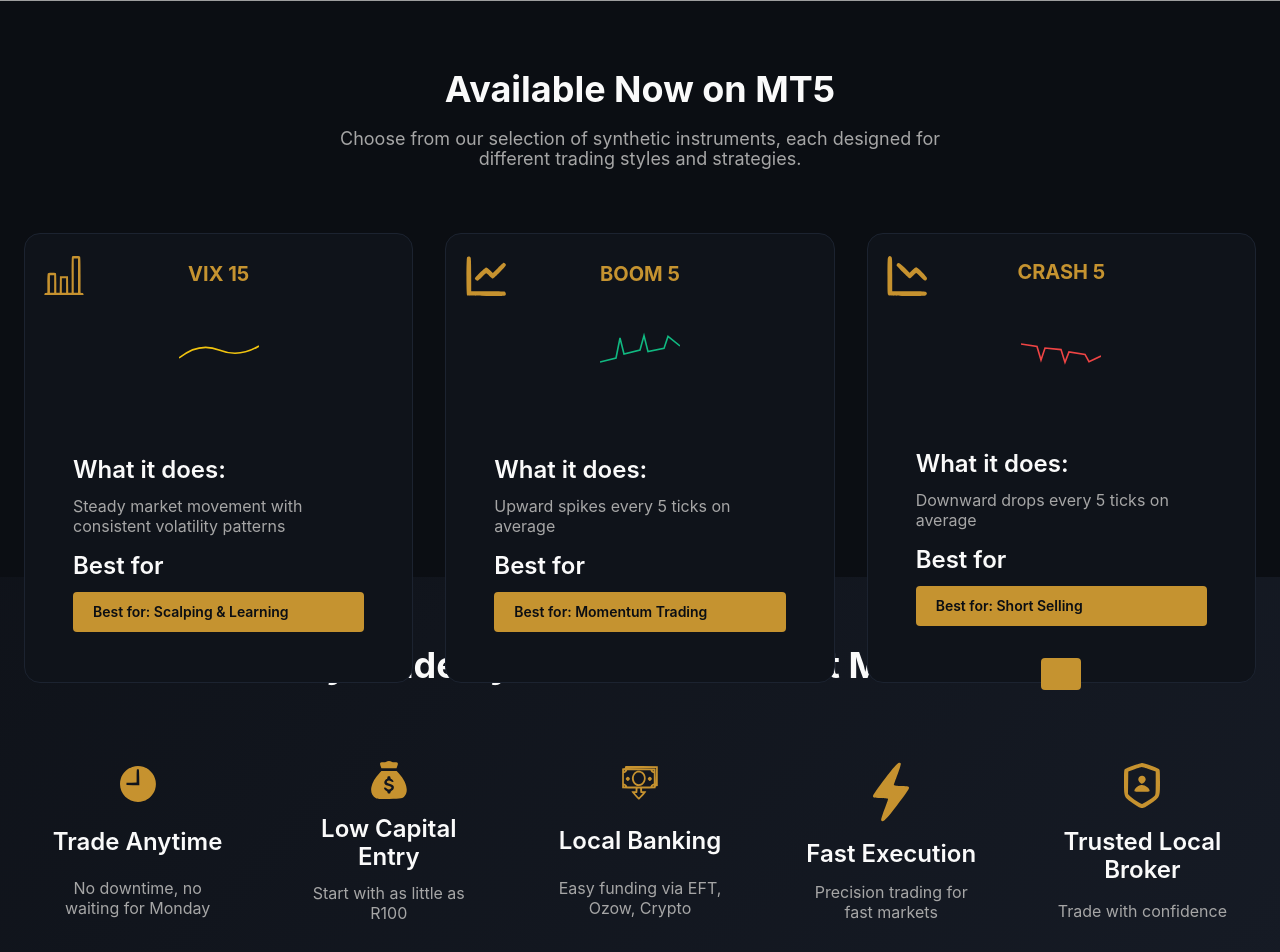
Repository: Jacques-Jaki-Morkel/VaultMarkets_Synthetics
Page: wp-copy/index.HTML
An editor plug-in stored every save of this project. The page is shown before and after the next save, followed by the edit.
The browser window is 1280 px wide. The pictures show the part of the page from y = 1265 to 2217 px (the page is 4689 px tall).
Pictures or frames that could not be fetched are drawn as grey boxes.

Above is the page before, as saved 2025-08-01 14:39:56.

### wp-copy/index.HTML
<!DOCTYPE html>
<html lang="en">

<head>
    <link rel="stylesheet" href="styles.css">
</head>

<body>
    <!-- Hero Section -->
    <section class="vm-hero-section">
        <div class="vm-container vm-con-row">
            <div class="vm-floating-icons">
                <div class="vm-floating-icon vm-boom">BOOM</div>
                <div class="vm-floating-icon vm-crash">CRASH</div>
                <div class="vm-floating-icon vm-vix">VIX</div>
            </div>

            <div class="vm-hero-content">
                <span class="span-gradinet">
                    <h1>Trade the Market That Never Sleeps</h1>
                </span>
                <p class="vm-hero-subtitle">Boom. Crash. VIX. 24/7 trading. No market closures. No news shocks.</p>

                <div class="vm-hero-buttons">
                    <button class="vm-btn vm-btn-primary">Start Trading Now</button>
                    <button class="vm-btn vm-btn-outline hide-this">Watch Demo</button>
                </div>

                <div class="vm-markets-badge"><span class="vm-market-badge-icon"></span>Markets Open 24/7</div>
            </div>
        </div>
    </section>

    <!-- Synthetics Intro -->
    <section class="vm-synthetics-intro">
        <div class="vm-container vm-con-col">
            <div class="vm-section-header">
                <h2>Markets Built for Traders, <span class="span-gradinet">by Traders</span> </h2>
                <p>Synthetic Indices are computer‑generated markets that move just like real markets — but they're not
                    tied to real‑world events. That means:</p>
            </div>

            <div class="vm-benefits-grid">
                <div class="vm-benefit-card">
                    <div class="vm-benefit-icon"><img class="icons-size" src="/assets/Icons/always-open.svg"></div>
                    <h3>Always Open</h3>
                    <p>Trade 24/7, even weekends & public holidays</p>
                </div>
                <div class="vm-benefit-card">
                    <div class="vm-benefit-icon"><img class="icons-size" src="/assets/Icons/constant-volatility.svg">
                    </div>
                    <h3>Consistent Action</h3>
                    <p>No sudden market shocks from the news</p>
                </div>
                <div class="vm-benefit-card">
                    <div class="vm-benefit-icon"><img class="icons-size" src="/assets/Icons/predictable-structure.svg">
                    </div>
                    <h3>Predictable Structure</h3>
                    <p>Easy to study & learn patterns</p>
                </div>
                <div class="vm-benefit-card">
                    <div class="vm-benefit-icon"><img class="icons-size" src="/assets/Icons/fast-execution.svg"></div>
                    <h3>Lightning Fast</h3>
                    <p>Instant execution and tight spreads</p>
                </div>
            </div>

            <p class="vm-vault-advantage">Trade them exactly like Forex or CFDs on MT5, with the Vault Markets
                advantage: low spreads, lightning‑fast execution, and trusted local support.

            </p>
        </div>
    </section>

    <!-- Instruments Showcase -->
    <section class="vm-instruments-showcase">
        <div class="vm-container">
            <div class="vm-section-header">
                <h2>Available Now on MT5</h2>
                <p>Choose from our selection of synthetic instruments, each designed for different trading styles and
                    strategies.</p>
            </div>

            <div class="vm-instruments-grid">
                <div class="vm-instrument-card">
                    <div class="vm-instrument-header">
                        <div class="vm-instrument-icon"><img src="/assets/Icons/vix.svg"></div>
                        <span class="vm-instrument-symbol">VIX 15</span>
                        <div class="vm-mini-chart">
                            <svg viewBox="0 0 100 40">
                                <path d="M0,30 Q25,10 50,20 T100,15" stroke="#f1c40f" fill="none" stroke-width="2" />
                            </svg>
                        </div>
                    </div>
                    <div class="vm-instrument-heading">
                        <h3 class="vm-instrument-title">What it does:</h3>
                        <p class="vm-instrument-description">Steady market movement with consistent volatility patterns
                        </p>
                        <h3 class="vm-instrument-title">Best for</h3>
                        <span class="vm-best-for">Best for: Scalping & Learning</span>
                    </div>
                </div>

                <div class="vm-instrument-card">
                    <div class="vm-instrument-icon"><img src="/assets/Icons/boom-5.svg"></div>
                    <div class="vm-instrument-header">
                        <span class="vm-instrument-symbol">BOOM 5</span>
                        <div class="vm-mini-chart">
                            <svg viewBox="0 0 100 40">
                                <path d="M0,35 L20,30 L25,5 L30,25 L50,20 L55,2 L60,22 L80,18 L85,3 L100,15"
                                    stroke="#10b981" fill="none" stroke-width="2" />
                            </svg>
                        </div>
                    </div>
                    <div class="vm-instrument-heading">
                        <h3 class="vm-instrument-title">What it does:</h3>
                        <p class="vm-instrument-description">Upward spikes every 5 ticks on average</p>
                        <h3 class="vm-instrument-title">Best for</h3>
                        <span class="vm-best-for">Best for: Momentum Trading</span>
                    </div>

                </div>

                <div class="vm-instrument-card">
                    <div class="vm-instrument-header">
                        <div class="vm-instrument-icon"><img src="/assets/Icons/crash-5.svg"></div>
                        <span class="vm-instrument-symbol">CRASH 5</span>
                        <div class="vm-mini-chart">
                            <svg viewBox="0 0 100 40">
                                <path d="M0,15 L20,18 L25,35 L30,20 L50,22 L55,38 L60,25 L80,28 L85,37 L100,30"
                                    stroke="#ef4444" fill="none" stroke-width="2" />
                            </svg>
                        </div>
                    </div>
                    <div class="vm-instrument-heading">
                        <h3 class="vm-instrument-title">What it does:</h3>
                        <p class="vm-instrument-description">Downward drops every 5 ticks on average</p>
                        <h3 class="vm-instrument-title">Best for</h3>
                        <span class="vm-best-for">Best for: Short Selling</span>
                    </div>
                    <p class="vm-instrument-description"></p>
                    <span class="vm-best-for"></span>
                </div>
            </div>
        </div>
    </section>

    <!-- Why Vault Section -->
    <section class="vm-why-vault">
        <div class="vm-container">
            <h2>Why Trade Synthetics with Vault Markets?</h2>

            <div class="vm-why-benefits-grid">
                <div class="vm-why-benefit">
                    <div class="vm-why-icon"><img class="icons-size" src="/assets/Icons/always-open.svg"></div>
                    <h3>Trade Anytime</h3>
                    <p>No downtime, no waiting for Monday</p>
                </div>
                <div class="vm-why-benefit">
                    <div class="vm-why-icon"><img class="icons-size" src="/assets/Icons/low-capital.svg"></div>
                    <h3>Low Capital Entry</h3>
                    <p>Start with as little as R100</p>
                </div>
                <div class="vm-why-benefit">
                    <div class="vm-why-icon"><img class="icons-size" src="/assets/Icons/deposits-withdrawals.svg"></div>
                    <h3>Local Banking</h3>
                    <p>Easy funding via EFT, Ozow, Crypto</p>
                </div>
                <div class="vm-why-benefit">
                    <div class="vm-why-icon"><img class="icons-size" src="/assets/Icons/fast-execution.svg"></div>
                    <h3>Fast Execution</h3>
                    <p>Precision trading for fast markets</p>
                </div>
                <div class="vm-why-benefit">
                    <div class="vm-why-icon"><img class="icons-size" src="/assets/Icons/Target.svg"></div>
                    <h3>Trusted Local Broker</h3>
                    <p>Trade with confidence</p>
                </div>
                <div class="vm-why-benefit">
                    <div class="vm-why-icon"><img class="icons-size" src="/assets/Icons/platform.svg"></div>
                    <h3>MT5 Platform</h3>
                    <p>Professional trading tools</p>
                </div>
            </div>

            <div class="vm-cta-box hide-this">
                <h3>Ready to join thousands of South African traders?</h3>
                <p>We understand the local market better than anyone.</p>
            </div>
        </div>
    </section>

    <!-- How to Start -->
    <section class="vm-how-to-start">
        <div class="vm-container">
            <div class="vm-section-header">
                <h2>How to Start Trading in 3 Steps</h2>
                <p>Get started with synthetic trading in minutes</p>
            </div>

            <div class="vm-steps-grid">
                <div class="vm-step">
                    <div class="vm-step-number">1</div>
                    <div class="vm-step-icon"><img class="icons-size" src="/assets/Icons/open-account.svg"></div>
                    <h3>Open Your Account</h3>
                    <p>Sign up for free in minutes with just your ID and email</p>
                    <span class="vm-step-action">Create Account</span>
                </div>

                <div class="vm-step">
                    <div class="vm-step-number">2</div>
                    <div class="vm-step-icon"><img class="icons-size" src="/assets/Icons/fund-wallet.svg"></div>
                    <h3>Fund Your Wallet</h3>
                    <p>Local deposits via EFT, Ozow, or crypto - instant in your account</p>
                    <span class="vm-step-action">Add Funds</span>
                </div>

                <div class="vm-step">
                    <div class="vm-step-number">3</div>
                    <div class="vm-step-icon"><img class="icons-size" src="/assets/Icons/start-trading.svg"></div>
                    <h3>Start Trading</h3>
                    <p>Choose VIX, Boom, or Crash and trade 24/7 on MT5</p>
                    <span class="vm-step-action">Begin Trading</span>
                </div>
            </div>

            <div class="vm-final-cta">
                <h3>Ready to Start Your Trading Journey?</h3>
                <p>Join thousands of traders who've made the switch to 24/7 synthetic markets.</p>
                <button class="vm-btn vm-btn-primary">Open Account Now</button>
            </div>
        </div>
    </section>

    <!-- Educational Section -->
    <section class="vm-educational hide-this">
        <div class="vm-container">
            <div class="vm-section-header">
                <h2>New to Synthetics? We've Got You Covered</h2>
                <p>Master synthetic trading with our comprehensive educational resources</p>
            </div>

            <div class="vm-education-highlight">
                <div class="vm-video-card">
                    <div class="vm-video-thumbnail">
                        <div class="vm-play-button">▶</div>
                    </div>
                    <h3>Complete Synthetics Trading Guide</h3>
                    <p>Learn the fundamentals of synthetic trading in this comprehensive video guide</p>
                    <div class="vm-video-meta">
                        <span class="vm-video-type">Video Guide</span>
                        <span class="vm-video-duration">15 min</span>
                    </div>
                </div>
            </div>

            <div class="vm-resources-grid">
                <div class="vm-resource-card">
                    <div class="vm-resource-icon">📚</div>
                    <h3>Strategy Guides</h3>
                    <p>Proven strategies for Boom, Crash, and VIX trading</p>
                    <div class="vm-resource-meta">
                        <span>PDF Guide</span>
                        <span>10 min read</span>
                    </div>
                </div>

                <div class="vm-resource-card">
                    <div class="vm-resource-icon">🎯</div>
                    <h3>Risk Management</h3>
                    <p>Essential risk management techniques for synthetic markets</p>
                    <div class="vm-resource-meta">
                        <span>Article</span>
                        <span>5 min read</span>
                    </div>
                </div>

                <div class="vm-resource-card">
                    <div class="vm-resource-icon">📈</div>
                    <h3>Advanced Techniques</h3>
                    <p>Advanced trading techniques and market analysis</p>
                    <div class="vm-resource-meta">
                        <span>Video Series</span>
                        <span>30 min</span>
                    </div>
                </div>
            </div>

            <div class="vm-education-cta">
                <h3>Access Our Free Trading Education Library</h3>
                <p>Everything you need to become a successful synthetic trader</p>
                <button class="vm-btn vm-btn-outline">Explore Resources</button>
            </div>
        </div>
    </section>

    <!-- Testimonials -->
    <section class="vm-testimonials">
        <div class="vm-container">
            <div class="vm-section-header">
                <h2>What Our Traders Say</h2>
                <p>Join thousands of satisfied traders across South Africa</p>
            </div>

            <div class="vm-testimonials-grid">
                <div class="vm-testimonial-card">
                    <div class="vm-stars">⭐⭐⭐⭐⭐</div>
                    <p>"Vault's Synthetics let me trade on my own schedule – no waiting for markets to open."</p>
                    <div class="vm-testimonial-author">
                        <strong>Thabo M.</strong>
                        <span>Johannesburg</span>
                        <div class="vm-instrument-traded">Trades: VIX 15</div>
                    </div>
                </div>

                <div class="vm-testimonial-card">
                    <div class="vm-stars">⭐⭐⭐⭐⭐</div>
                    <p>"Boom and Crash are addictive – I love the constant action and clear patterns."</p>
                    <div class="vm-testimonial-author">
                        <strong>Michelle L.</strong>
                        <span>Cape Town</span>
                        <div class="vm-instrument-traded">Trades: Boom 5</div>
                    </div>
                </div>

                <div class="vm-testimonial-card">
                    <div class="vm-stars">⭐⭐⭐⭐⭐</div>
                    <p>"Finally, a market that doesn't close when I'm ready to trade. Perfect for my schedule."</p>
                    <div class="vm-testimonial-author">
                        <strong>David K.</strong>
                        <span>Durban</span>
                        <div class="vm-instrument-traded">Trades: Crash 5</div>
                    </div>
                </div>
            </div>

            <div class="vm-stats-grid">
                <div class="vm-stat">
                    <div class="vm-stat-number">15,000+</div>
                    <div class="vm-stat-label">Active Traders</div>
                </div>
                <div class="vm-stat">
                    <div class="vm-stat-number">24/7</div>
                    <div class="vm-stat-label">Market Access</div>
                </div>
                <div class="vm-stat">
                    <div class="vm-stat-number">0.01</div>
                    <div class="vm-stat-label">Min Lot Size</div>
                </div>
                <div class="vm-stat">
                    <div class="vm-stat-number">R100</div>
                    <div class="vm-stat-label">Min Deposit</div>
                </div>
            </div>
        </div>
    </section>

    <!-- Final CTA -->
    <section class="vm-final-cta">
        <div class="vm-container">
            <div class="vm-cta-content">
                <h1>Your Market. Your Time. Your Rules.</h1>
                <div class="vm-instruments-highlight">
                    <span class="vm-instrument boom">BOOM</span>
                    <span class="vm-instrument crash">CRASH</span>
                    <span class="vm-instrument vix">VIX</span>
                </div>
                <p>Experience the freedom of 24/7 trading with synthetic indices that never sleep. Join the revolution
                    of consistent, predictable markets designed for serious traders.</p>

                <div class="vm-features-highlight">
                    <div class="vm-feature">
                        <span class="vm-feature-icon">🌙</span>
                        <span>Never Closes</span>
                    </div>
                    <div class="vm-feature">
                        <span class="vm-feature-icon">📈</span>
                        <span>Consistent Action</span>
                    </div>
                    <div class="vm-feature">
                        <span class="vm-feature-icon">⚡</span>
                        <span>Instant Execution</span>
                    </div>
                </div>

                <div class="vm-final-buttons">
                    <button class="vm-btn vm-btn-primary">Start Trading Now</button>
                    <button class="vm-btn vm-btn-outline hide-this">Open Demo Account</button>
                </div>

                <p class="vm-risk-disclaimer">
                    <small>Trading CFDs involves risk. Synthetic Indices are proprietary instruments and may not be
                        suitable for all traders. Please trade responsibly. Vault Markets is an authorised financial
                        services provider.</small>
                </p>
            </div>
        </div>
    </section>

    <script src="script.js"></script>
</body>

</html>

Loaded but not shown: wp-copy/script.js (281 lines, source omitted); wp-copy/styles.css (854 lines, source omitted)

After the next save:
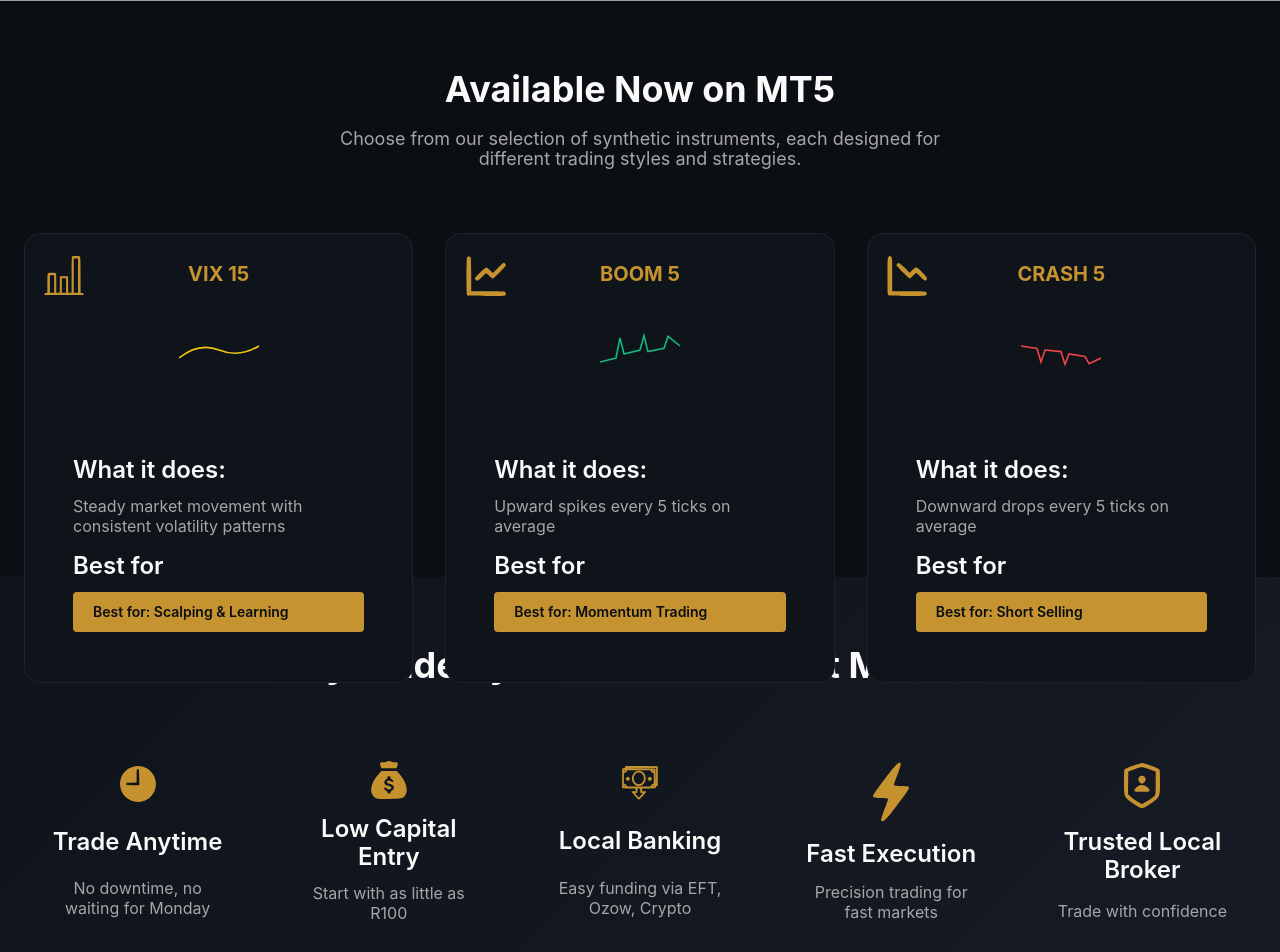
Saved 7 s later.
--- a/wp-copy/index.HTML
+++ b/wp-copy/index.HTML
@@ -138,8 +138,7 @@
                         <h3 class="vm-instrument-title">Best for</h3>
                         <span class="vm-best-for">Best for: Short Selling</span>
                     </div>
-                    <p class="vm-instrument-description"></p>
-                    <span class="vm-best-for"></span>
+
                 </div>
             </div>
         </div>
